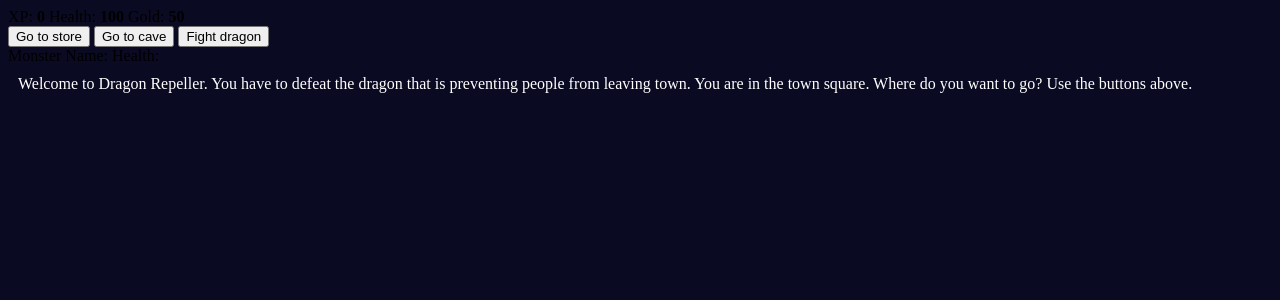
Repository: Lungdjos/role_playing_game
Page: index.html
These files come from the project's save history. The page is drawn as it stood at one moment and after a run of saves; the edit follows.
The browser window is 1280 px wide. The pictures show the whole page.

Above is the page before, as saved 2024-02-06 23:30:56.

After the next 5 saves:
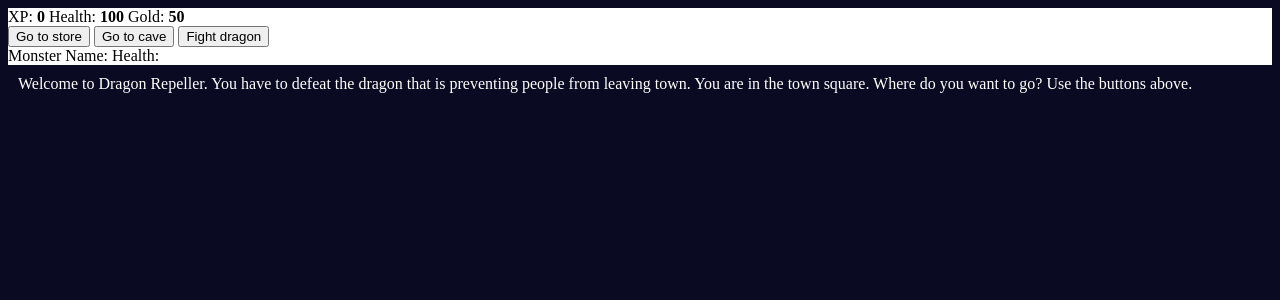
The 5 saves are shown as one change because they came seconds apart.
The last was saved 48 s later.
--- a/styles.css
+++ b/styles.css
@@ -16,4 +16,7 @@ body {
 
 /* game styling */
 
-#game {}
+#game {
+    background-color: #fff;
+    color: fff;
+}
